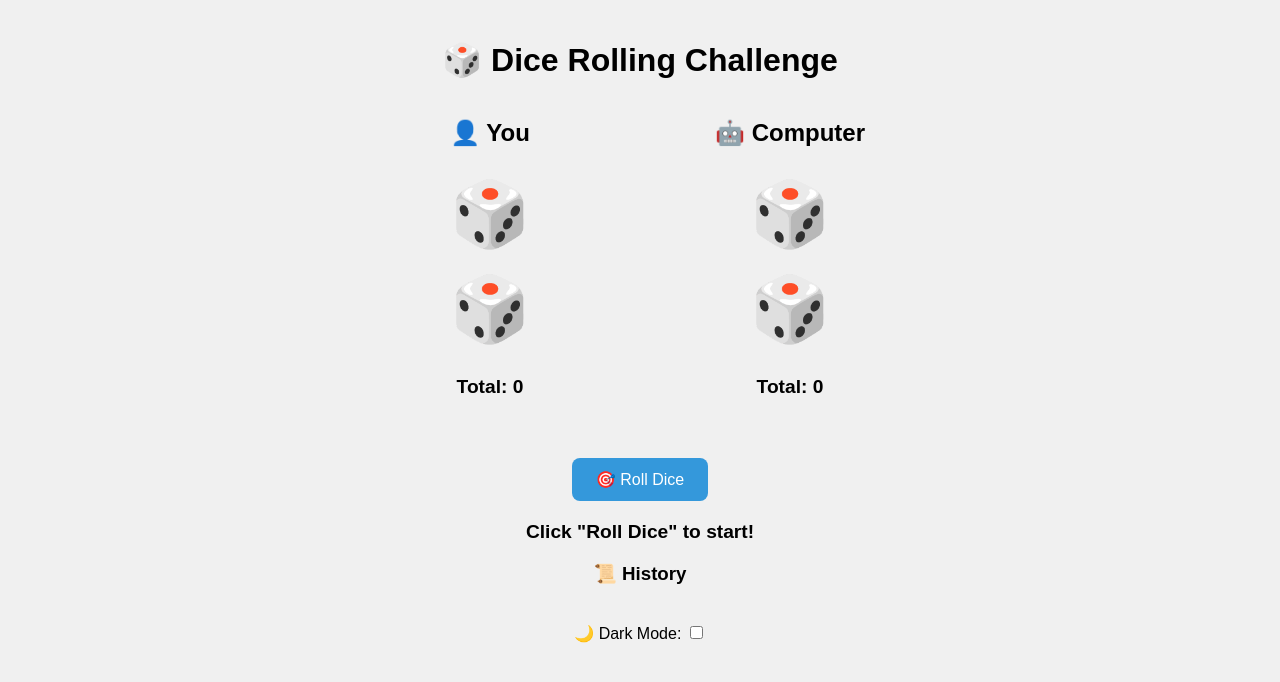
Repository: alokanand524/anand-portfolio
Page: games/dice-game/index.html
These files come from the project's save history. The page is drawn as it stood at one moment and after the next save; the edit follows.
The browser window is 1280 px wide. The pictures show the whole page.

Above is the page before, as saved 2025-07-31 14:58:18.

### games/dice-game/index.html
<!DOCTYPE html>
<html lang="en">

<head>
    <meta charset="UTF-8" />
    <meta name="viewport" content="width=device-width, initial-scale=1.0" />
    <title>🎲 Dice Rolling Challenge</title>
    <link rel="stylesheet" href="style.css" />
    <script src="https://code.jquery.com/jquery-3.6.0.min.js"></script>
</head>

<body>
    <div class="game-container">
        <h1>🎲 Dice Rolling Challenge</h1>

        <div class="dice-section">
            <div class="player">
                <h2>👤 You</h2>
                <div class="dice" id="player-dice1">🎲</div>
                <div class="dice" id="player-dice2">🎲</div>
                <p class="total" id="player-total">Total: 0</p>
            </div>

            <div class="computer">
                <h2>🤖 Computer</h2>
                <div class="dice" id="computer-dice1">🎲</div>
                <div class="dice" id="computer-dice2">🎲</div>
                <p class="total" id="computer-total">Total: 0</p>
            </div>
        </div>

        <button id="roll-btn">🎯 Roll Dice</button>

        <div id="result">Click "Roll Dice" to start!</div>

        <h3>📜 History</h3>
        <ul id="history-log"></ul>
    </div>

    <label class="dark-toggle">
        🌙 Dark Mode:
        <input type="checkbox" id="dark-mode-toggle" />
    </label>

    <audio id="roll-sound" src="https://assets.mixkit.co/sfx/preview/mixkit-dice-roll-1053.mp3"></audio>
    <audio id="win-sound" src="https://assets.mixkit.co/sfx/preview/mixkit-game-win-2016.mp3"></audio>
    <audio id="lose-sound" src="https://assets.mixkit.co/sfx/preview/mixkit-losing-piano-2024.mp3"></audio>


    <script src="script.js"></script>
</body>

</html>

### games/dice-game/style.css
body {
  font-family: Arial, sans-serif;
  background-color: #f0f0f0;
  margin: 0;
  padding: 0;
  text-align: center;
}

.game-container {
  max-width: 600px;
  margin: auto;
  padding: 20px;
}

h1 {
  font-size: 2rem;
  margin-bottom: 20px;
}

.dice-section {
  display: flex;
  justify-content: space-around;
  flex-wrap: wrap;
  margin-bottom: 20px;
}

.player, .computer {
  flex: 1 1 40%;
  margin-bottom: 20px;
}

.dice {
  font-size: 4rem;
  padding: 10px;
  transition: transform 0.3s;
}

.total {
  font-size: 1.2rem;
  font-weight: bold;
}

#roll-btn {
  padding: 12px 24px;
  font-size: 1rem;
  background-color: #3498db;
  color: white;
  border: none;
  border-radius: 8px;
  cursor: pointer;
}

#roll-btn:hover {
  background-color: #2980b9;
}

#result {
  margin: 20px 0;
  font-size: 1.2rem;
  font-weight: bold;
}

#history-log {
  list-style-type: none;
  padding: 0;
  font-size: 0.95rem;
}

/* Dice animation */
.dice.animate {
  transform: rotate(360deg) scale(1.2);
}

/* Mobile-friendly */
@media (max-width: 600px) {
  .dice-section {
    flex-direction: column;
    align-items: center;
  }

  .dice {
    font-size: 3rem;
  }

  #roll-btn {
    width: 80%;
    font-size: 1rem;
  }
}

/* Dark mode styles */
body.dark {
  background-color: #222;
  color: #fff;
}

body.dark .dice {
  background-color: #333;
}

body.dark #roll-btn {
  background-color: #555;
}

body.dark #roll-btn:hover {
  background-color: #666;
}

.dark-toggle {
  margin-top: 20px;
  font-size: 1rem;
}

/* Smooth transition */
body, .dice, #roll-btn {
  transition: background-color 0.3s, color 0.3s;
}

### games/dice-game/script.js
const diceFaces = ['⚀','⚁','⚂','⚃','⚄','⚅'];
let round = 0;
let playerScore = 0;
let computerScore = 0;

const rollSound = document.getElementById('roll-sound');
const winSound = document.getElementById('win-sound');
const loseSound = document.getElementById('lose-sound');

function rollDie() {
  return Math.floor(Math.random() * 6);
}

function animateDice($dice) {
  $dice.addClass('animate');
  setTimeout(() => $dice.removeClass('animate'), 300);
}

function updateDice($elem, roll) {
  animateDice($elem);
  $elem.text(diceFaces[roll]);
}

function updateScoreBoard() {
  $('#player-total').text(`Total: ${playerScore}`);
  $('#computer-total').text(`Total: ${computerScore}`);
}

function saveHistory() {
  const historyItems = $('#history-log').html();
  localStorage.setItem('diceHistory', historyItems);
  localStorage.setItem('playerScore', playerScore);
  localStorage.setItem('computerScore', computerScore);
}

function loadHistory() {
  const savedHistory = localStorage.getItem('diceHistory');
  const savedPlayer = localStorage.getItem('playerScore');
  const savedComputer = localStorage.getItem('computerScore');

  if (savedHistory) $('#history-log').html(savedHistory);
  if (savedPlayer) playerScore = parseInt(savedPlayer);
  if (savedComputer) computerScore = parseInt(savedComputer);
  updateScoreBoard();
}

function playRound() {
  round++;
  rollSound.play();

  const p1 = rollDie();
  const p2 = rollDie();
  const c1 = rollDie();
  const c2 = rollDie();

  const playerTotal = p1 + p2 + 2;
  const computerTotal = c1 + c2 + 2;

  updateDice($('#player-dice1'), p1);
  updateDice($('#player-dice2'), p2);
  updateDice($('#computer-dice1'), c1);
  updateDice($('#computer-dice2'), c2);

  let resultMsg = '';
  if (playerTotal > computerTotal) {
    resultMsg = '🎉 You win!';
    playerScore++;
    winSound.play();
  } else if (playerTotal < computerTotal) {
    resultMsg = '😢 Computer wins!';
    computerScore++;
    loseSound.play();
  } else {
    resultMsg = '🤝 It\'s a tie!';
  }

  $('#result').text(resultMsg);
  $('#history-log').prepend(
    `<li>Round ${round}: You ${playerTotal} - ${computerTotal} Computer → ${resultMsg}</li>`
  );

  updateScoreBoard();
  saveHistory();
}

function setupDarkMode() {
  const toggle = $('#dark-mode-toggle');
  const darkPref = localStorage.getItem('darkMode') === 'true';
  if (darkPref) {
    $('body').addClass('dark');
    toggle.prop('checked', true);
  }

  toggle.change(function () {
    $('body').toggleClass('dark');
    localStorage.setItem('darkMode', $(this).is(':checked'));
  });
}

$(document).ready(function () {
  setupDarkMode();
  loadHistory();
  updateScoreBoard();

  $('#roll-btn').click(playRound);
});

After the next save:
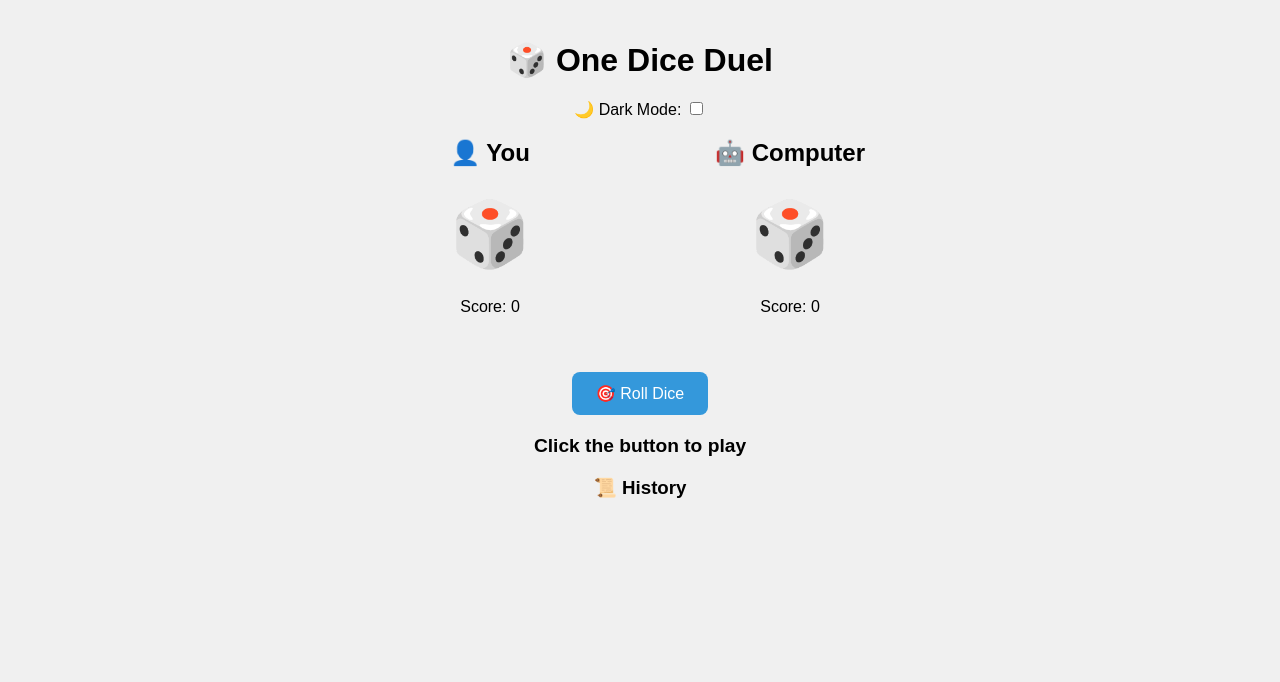
Saved 54 s later.
--- a/games/dice-game/index.html
+++ b/games/dice-game/index.html
@@ -1,53 +1,45 @@
 <!DOCTYPE html>
 <html lang="en">
+<head>
+  <meta charset="UTF-8" />
+  <meta name="viewport" content="width=device-width, initial-scale=1.0"/>
+  <title>🎲 Dice Duel</title>
+  <link rel="stylesheet" href="style.css" />
+  <script src="https://code.jquery.com/jquery-3.6.0.min.js"></script>
+</head>
+<body>
+  <div class="game-container">
+    <h1>🎲 One Dice Duel</h1>
 
-<head>
-    <meta charset="UTF-8" />
-    <meta name="viewport" content="width=device-width, initial-scale=1.0" />
-    <title>🎲 Dice Rolling Challenge</title>
-    <link rel="stylesheet" href="style.css" />
-    <script src="https://code.jquery.com/jquery-3.6.0.min.js"></script>
-</head>
+    <label class="dark-toggle">
+      🌙 Dark Mode:
+      <input type="checkbox" id="dark-mode-toggle" />
+    </label>
 
-<body>
-    <div class="game-container">
-        <h1>🎲 Dice Rolling Challenge</h1>
-
-        <div class="dice-section">
-            <div class="player">
-                <h2>👤 You</h2>
-                <div class="dice" id="player-dice1">🎲</div>
-                <div class="dice" id="player-dice2">🎲</div>
-                <p class="total" id="player-total">Total: 0</p>
-            </div>
-
-            <div class="computer">
-                <h2>🤖 Computer</h2>
-                <div class="dice" id="computer-dice1">🎲</div>
-                <div class="dice" id="computer-dice2">🎲</div>
-                <p class="total" id="computer-total">Total: 0</p>
-            </div>
-        </div>
-
-        <button id="roll-btn">🎯 Roll Dice</button>
-
-        <div id="result">Click "Roll Dice" to start!</div>
-
-        <h3>📜 History</h3>
-        <ul id="history-log"></ul>
+    <div class="dice-section">
+      <div class="player">
+        <h2>👤 You</h2>
+        <div class="dice" id="player-dice">🎲</div>
+        <p id="player-score">Score: 0</p>
+      </div>
+      <div class="computer">
+        <h2>🤖 Computer</h2>
+        <div class="dice" id="computer-dice">🎲</div>
+        <p id="computer-score">Score: 0</p>
+      </div>
     </div>
 
-    <label class="dark-toggle">
-        🌙 Dark Mode:
-        <input type="checkbox" id="dark-mode-toggle" />
-    </label>
+    <button id="roll-btn">🎯 Roll Dice</button>
+    <div id="result">Click the button to play</div>
 
-    <audio id="roll-sound" src="https://assets.mixkit.co/sfx/preview/mixkit-dice-roll-1053.mp3"></audio>
-    <audio id="win-sound" src="https://assets.mixkit.co/sfx/preview/mixkit-game-win-2016.mp3"></audio>
-    <audio id="lose-sound" src="https://assets.mixkit.co/sfx/preview/mixkit-losing-piano-2024.mp3"></audio>
+    <h3>📜 History</h3>
+    <ul id="history-log"></ul>
+  </div>
 
+  <audio id="roll-sound" src="https://assets.mixkit.co/sfx/preview/mixkit-dice-roll-1053.mp3"></audio>
+  <audio id="win-sound" src="https://assets.mixkit.co/sfx/preview/mixkit-game-win-2016.mp3"></audio>
+  <audio id="lose-sound" src="https://assets.mixkit.co/sfx/preview/mixkit-losing-piano-2024.mp3"></audio>
 
-    <script src="script.js"></script>
+  <script src="script.js"></script>
 </body>
-
 </html>
